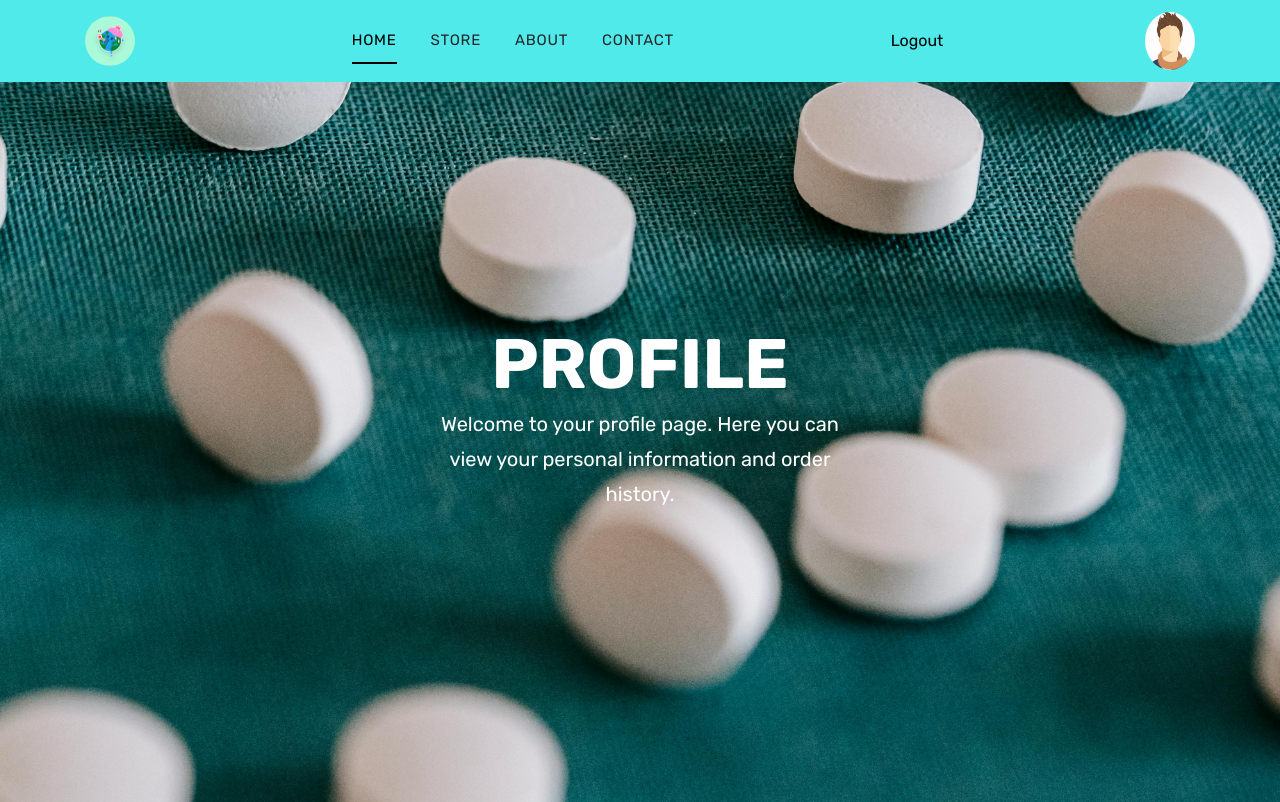
Repository: Argivist/Web-Doctor
Page: http://localhost/view/profile.php
An editor plug-in stored every save of this project. The page is shown before and after the next save, followed by the edit.
The browser window is 1280 px wide. The pictures show the whole page.
Some web fonts or font styles are not loaded; a fallback is used. The page is run by PHP 8.4 with error messages shown; the project is at /var/www/html/. The session is filled in as if someone had signed in: {"id": 1, "username": "Test User", "email": "test@example.com", "phone": 1, "address": 1, "role": "admin"}.

Above is the page before, as saved 2024-02-20 18:34:12.

After the next save:
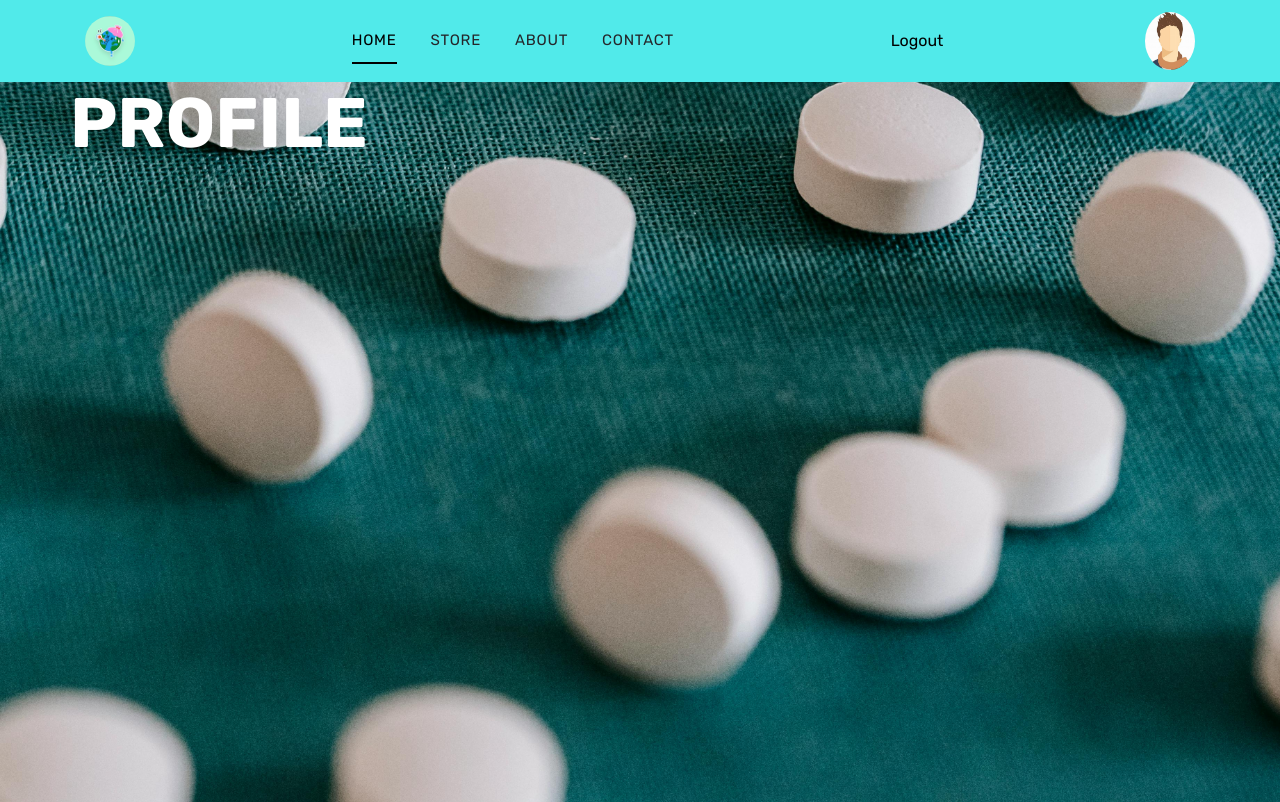
Saved 2 min 9 s later.
--- a/view/profile.php
+++ b/view/profile.php
@@ -77,15 +77,15 @@ session_start();
         <div class="site-blocks-cover" style="background-image: url('../img/background/pharmacy_1.jpg');">
       <div class="container">
         <div class="row">
-          <div class="col-lg-7 mx-auto order-lg-2 align-self-center">
+
             <div class="site-block-cover-content text-center">
              <!--Profile page-->
                 <h1 class="mb-0">Profile</h1>
                 <div class="row justify-content-center">
-                    <div class="col-lg-8">
-                    <p class="lead mb-5">Welcome to your profile page. Here you can view your personal information and order history.</p>
-                    </div>
-                </div>
+                    <form>
+
+                        </form>
+
             </div>
           </div>
         </div>
